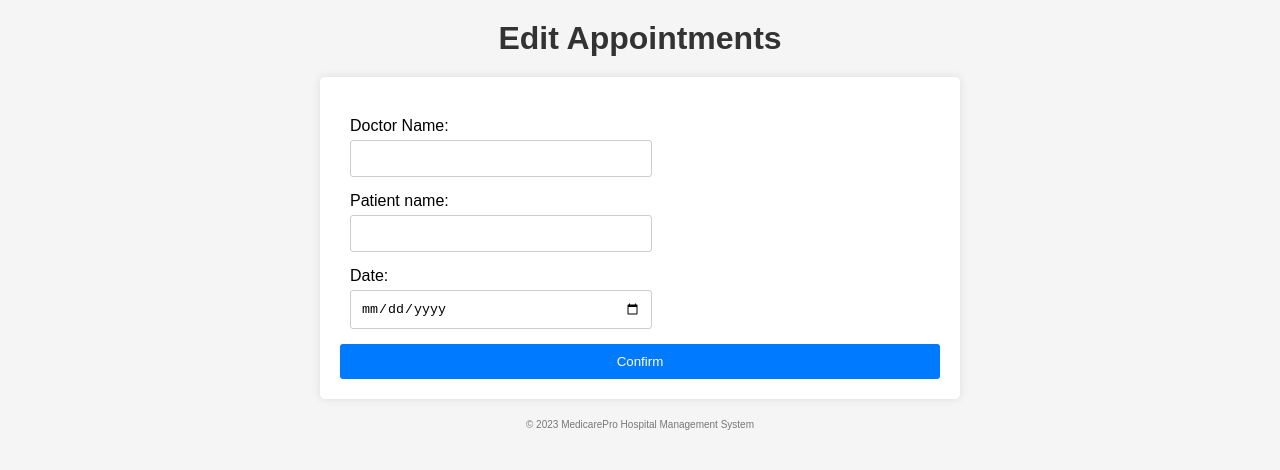
Repository: KarunarathneRR/HospitalManagementSystem
Page: http://localhost/hospital/editadminappointment.jsp
An editor plug-in stored every save of this project. The page is shown before and after the next save, followed by the edit.
The browser window is 1280 px wide. The pictures show the whole page.
The page is served by Tomcat 9. Other server files are loaded and not shown.

Above is the page before, as saved 2023-10-27 13:35:14.

### hospital/src/main/webapp/editadminappointment.jsp
<%@ page language="java" contentType="text/html; charset=ISO-8859-1"
    pageEncoding="ISO-8859-1"%>
<!DOCTYPE html>
<html>
<head>
    <meta charset="ISO-8859-1">
    <title>Edit Appointments</title>
    <style>

     {
        margin: 0;
        padding: 0;
        box-sizing: border-box;
    }

    body {
        font-family: Arial, sans-serif;
        background-color: #f5f5f5;
        text-align: center;
        margin: 0;
        padding: 0;
    }

    h1 {
        color: #333;
        margin: 20px 0;
    }

    form {
        width: 600px;
        margin: 0 auto;
        background-color: #fff;
        padding: 20px;
        border-radius: 5px;
        box-shadow: 0 0 10px rgba(0, 0, 0, 0.1);
    }

    .form-col {
        width: 50%;
        float: left;
        box-sizing: border-box;
        padding: 10px;
    }

    label {
        display: block;
        text-align: left;
        margin-top: 10px;
    }

    input[type="text"],
    input[type="Date"] {
        width: 100%;
        padding: 10px;
        margin: 5px 0;
        border: 1px solid #ccc;
        border-radius: 3px;
    }

    input[type="Date"] {
        width: 100%;
        padding: 10px;
        margin: 5px 0;
        border: 1px solid #ccc;
        border-radius: 3px;
    }

    input[type="submit"] {
        width: 100%;
        padding: 10px;
        background-color: #007BFF;
        color: #fff;
        border: none;
        border-radius: 3px;
        cursor: pointer;
    }

    input[type="submit"]:hover {
        background-color: #0056b3;
    }

    .checkbox-container {
        display: block;
        text-align: left;
        margin-top: 10px;
    }

    .checkbox-container input {
        display: inline;
        margin-right: 5px;
    }

    footer {
        margin-top: 20px;
        color: #777;
    }
    </style>
</head>
<body>
    <h1>Edit Appointments</h1>

    <form action="" method="post">
        <div class="form-col">
            <label for="doctor">Doctor Name:</label>
            <input type="text" name="doctor" required><br>

            <label for="patientname">Patient name:</label>
            <input type="text" name="patientname" required><br>

            <label for="date">Date:</label>
            <input type="Date" name="date" >
        </div>

        <br>
        <input type="submit" value="Confirm">
    </form>

    <footer style="font-size: 10px">
        &copy; 2023 MedicarePro Hospital Management System
    </footer>
</body>
</html>

After the next save:
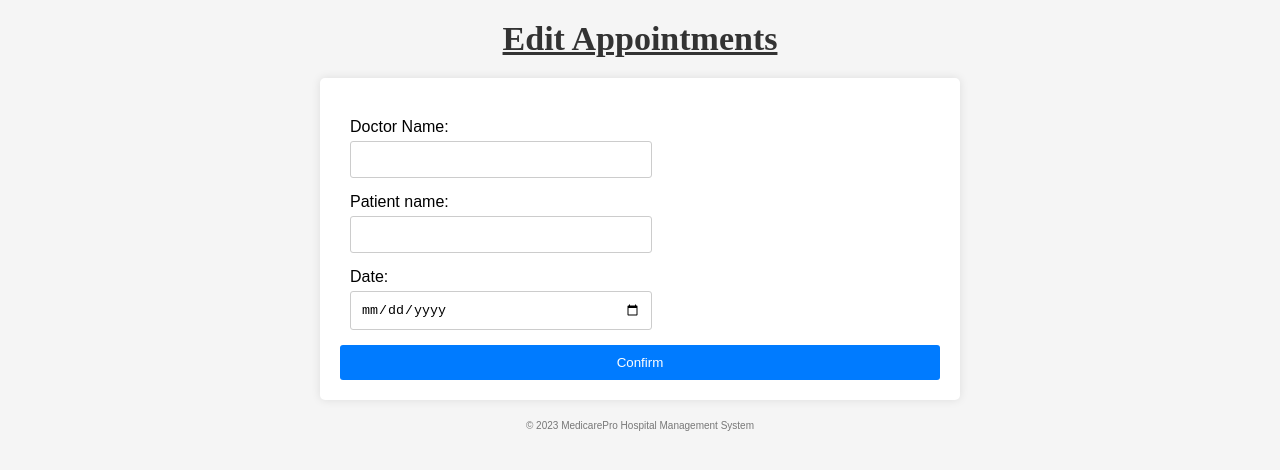
Saved 61 s later.
--- a/hospital/src/main/webapp/editadminappointment.jsp
+++ b/hospital/src/main/webapp/editadminappointment.jsp
@@ -22,8 +22,11 @@
     }
 
     h1 {
-        color: #333;
-        margin: 20px 0;
+         font-size: 34px;
+            text-decoration: underline;
+            font-family: "Papyrus", Cursive;
+            color: #333;
+            margin: 20px 0;
     }
 
     form {
